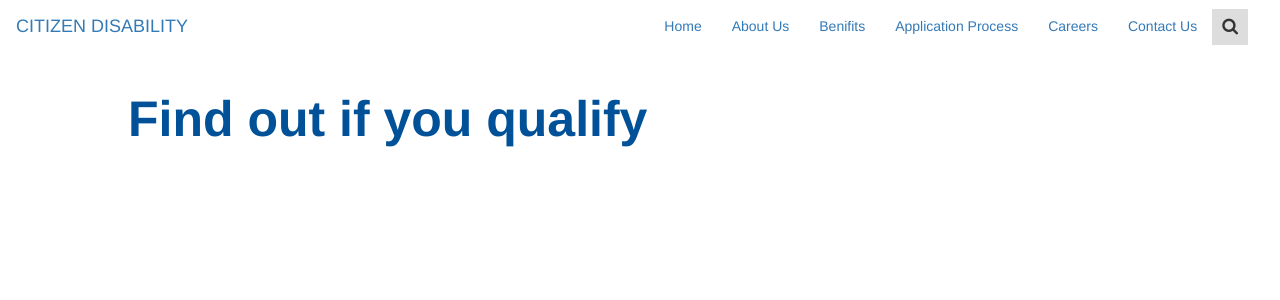
Repository: welcome0605/Embed-html-integrate-with-API
Page: Home2.html
These files come from the project's save history. The page is drawn as it stood at one moment and after the next save; the edit follows.
The browser window is 1280 px wide. The pictures show the whole page.

Above is the page before, as saved 2019-04-29 15:06:46.

After the next save:
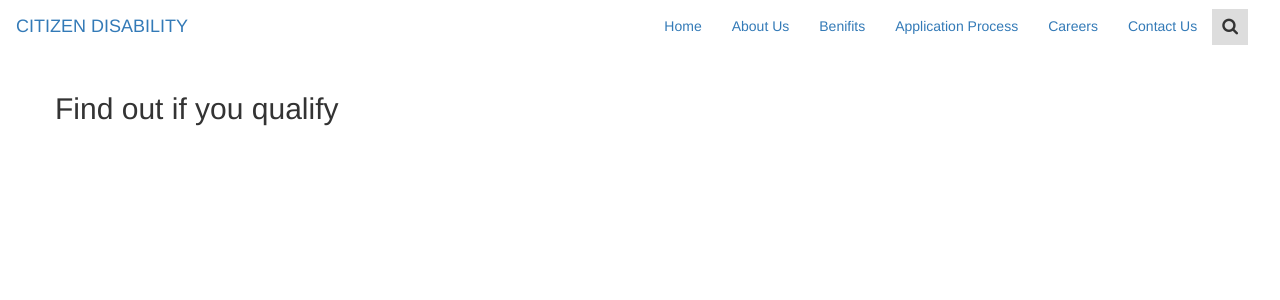
Saved 33 s later.
--- a/css/base2.css
+++ b/css/base2.css
@@ -43,54 +43,3 @@ navbar-default .navbar-nav>.active>a, .navbar-default .navbar-nav>.active>a:focu
     font-size: 20px;
     /* margin-right: 500px; */
 }
-
-.btn-group-toggle {
-    display: inline-flex;
-}
-
-.radio_q {
-    width: 500px;
-    margin-right: 20px;
-    width: 100px;
-    height: 40px;
-}
-
-/* .radio_q {
-    background: #D2D3D5 !important;
-}
-
-.radio_q:active {
-    background: #85898C !important;
-}
-
-.radio_q::after {
-    background: #85898C !important;
-} */
-
-.title {
-    color: #005197;
-    font-weight: 700;
-    margin-bottom: 50px;
-    font-size: 50px;
-}
-
-.container {
-    margin: auto 10% auto 10% !important;
-    width: 80%;
-}
-
-.alert {
-    padding: 0 0 0 50px;
-    margin-bottom: 0;
-}
-
-.btn_sub {
-    margin-top: 50px;
-    background-color:  #005197 !important;
-    width: 250px;
-    height: 50px;
-}
-
-.alert_req1, .alert_req2, .alert_req3, .alert_req4, .alert_req5, .alert_req6 {
-    display: none;
-}
